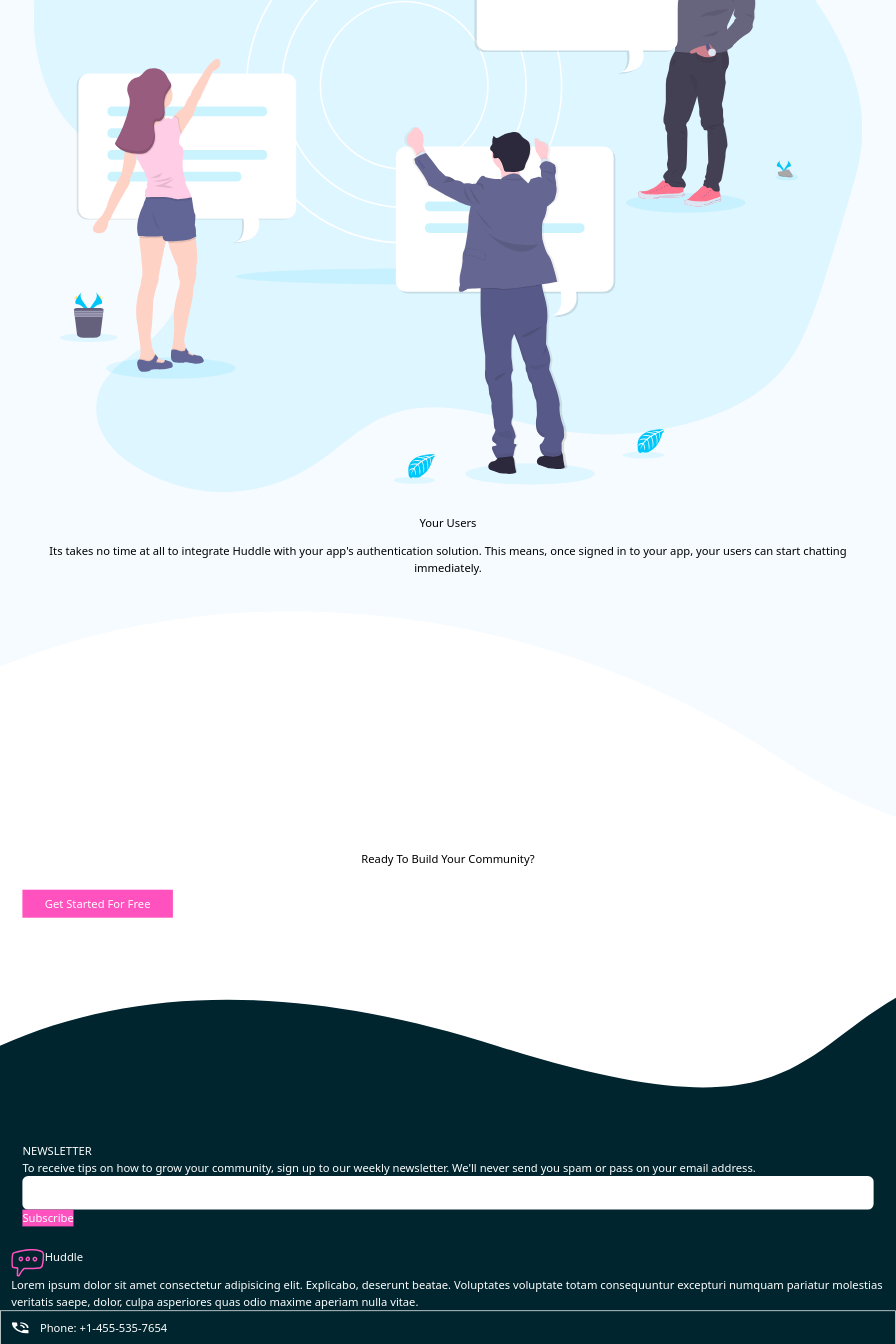
Repository: nivrii/huddle-landing-page-with-curved-sections-master
Page: /
The author's editor kept a copy of each file at every save. The page is drawn from the files as they stood at one save, then again after the next save.
The browser window is 1280 px wide. The pictures show the part of the page from y = 4580 to 6500 px (the page is 6584 px tall before and 6616 px after), at 70% of full size.
The project was rebuilt for these pictures with package versions that can differ from the ones it lists, and the page was loaded fresh each time. Also part of the build but not shown: vite.config.js.

Above is the page before, as saved 2024-04-15 16:41:40.

After the next save:
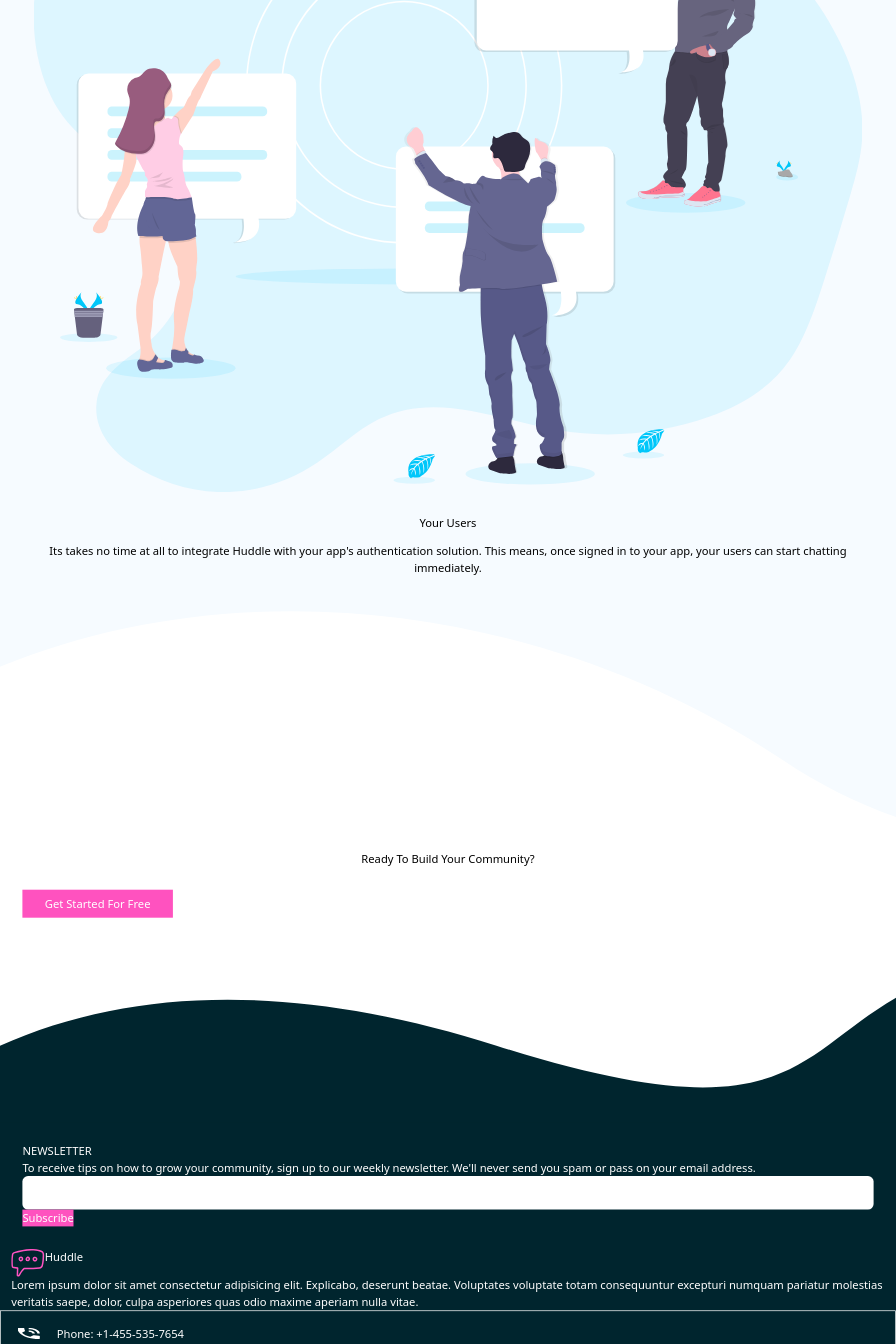
Saved 12 s later.
--- a/src/App.jsx
+++ b/src/App.jsx
@@ -161,11 +161,11 @@
         </div>
         <div className="flex flex-col">
           <div className="flex border border-white">
-            <img src={phone} alt="Phone" className="m-4 h-4 w-6" />
+            <img src={phone} alt="Phone" className="m-6 h-4 w-8" />
             <p className="my-auto text-white ">Phone: +1-455-535-7654</p>
           </div>
           <div className="flex border border-white">
-            <img src={gmail} alt="Gmail" className="m-4 h-4 w-6" />
+            <img src={gmail} alt="Gmail" className="m-6 h-4 w-8" />
             <p className="my-auto text-white ">flimzniv9@gmail.com</p>
           </div>
         </div>
